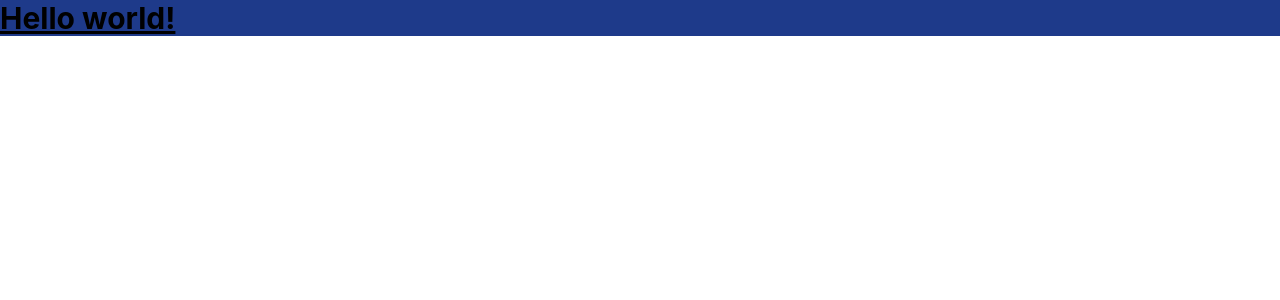
Repository: sevilgenysf/my-project
Page: /
The author's editor kept a copy of each file at every save. The page is drawn from the files as they stood at one save, then again after the next save.
The browser window is 1280 px wide. The pictures show the whole page.
The project was rebuilt for these pictures with package versions that can differ from the ones it lists, and the page was loaded fresh each time. The framework's server and built-in components were replaced by stand-ins that run in the browser. Also part of the build but not shown: next.config.js.

Above is the page before, as saved 2022-11-16 10:24:56.

### pages/index.js
export default function Home() {
	return (
		<h1 className="text-3xl font-bold underline text-white-700 bg-blue-900">
			Hello world!
		</h1>
	);
}

### tailwind.config.js
/** @type {import('tailwindcss').Config} */
module.exports = {
	content: [
		'./app/**/*.{js,ts,jsx,tsx}',
		'./pages/**/*.{js,ts,jsx,tsx}',
		'./components/**/*.{js,ts,jsx,tsx}'
	],
	theme: {
		extend: {}
	},
	plugins: []
};

Loaded but not shown: pages/_app.js (common file); styles/globals.css (common file)

After the next save:
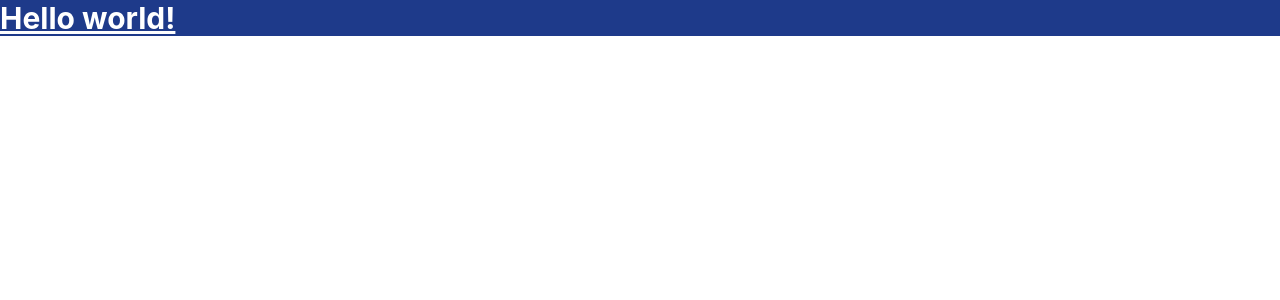
Saved 14 s later.
--- a/pages/index.js
+++ b/pages/index.js
@@ -1,6 +1,6 @@
 export default function Home() {
 	return (
-		<h1 className="text-3xl font-bold underline text-white-700 bg-blue-900">
+		<h1 className="text-3xl font-bold underline text-white bg-blue-900">
 			Hello world!
 		</h1>
 	);
